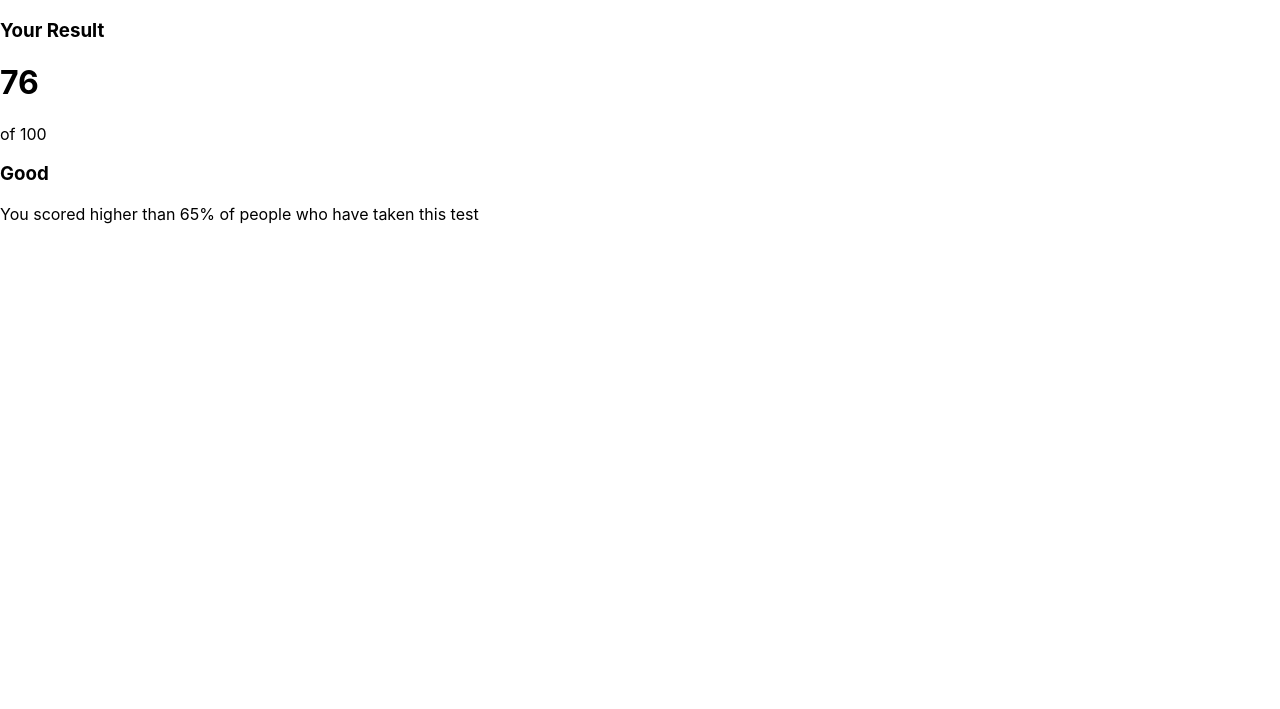
Repository: JeanPaulBassil/Result-Summary-Design
Page: /
The author's editor kept a copy of each file at every save. The page is drawn from the files as they stood at one save, then again after the next save.
The browser window is 1280 px wide. The pictures show the whole page.
The project was rebuilt for these pictures with package versions that can differ from the ones it lists, and the page was loaded fresh each time.

Above is the page before, as saved 2023-02-24 15:30:16.

After the next save:
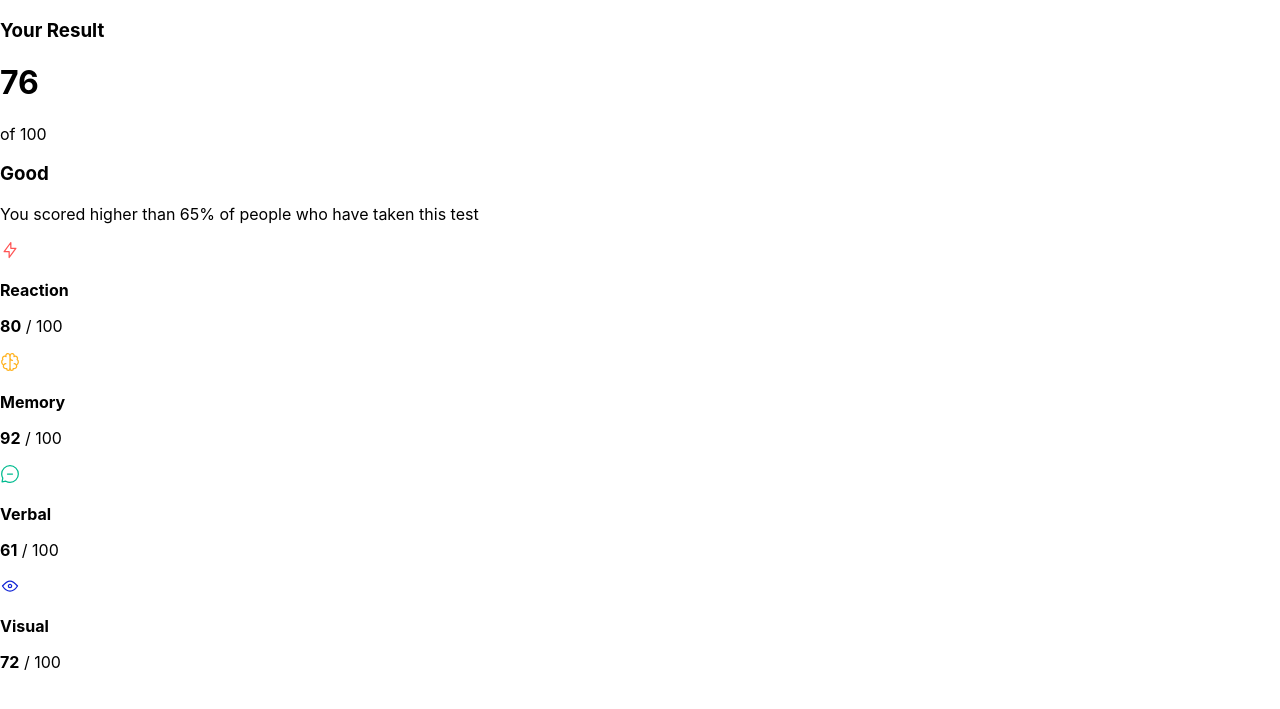
Saved 7 s later.
--- a/src/Components/Summary/Summary.js
+++ b/src/Components/Summary/Summary.js
@@ -13,7 +13,7 @@ export default function Summary() {
 
     return (
         <div className="summary">
-
+            {summary}
         </div>
     )
 };
